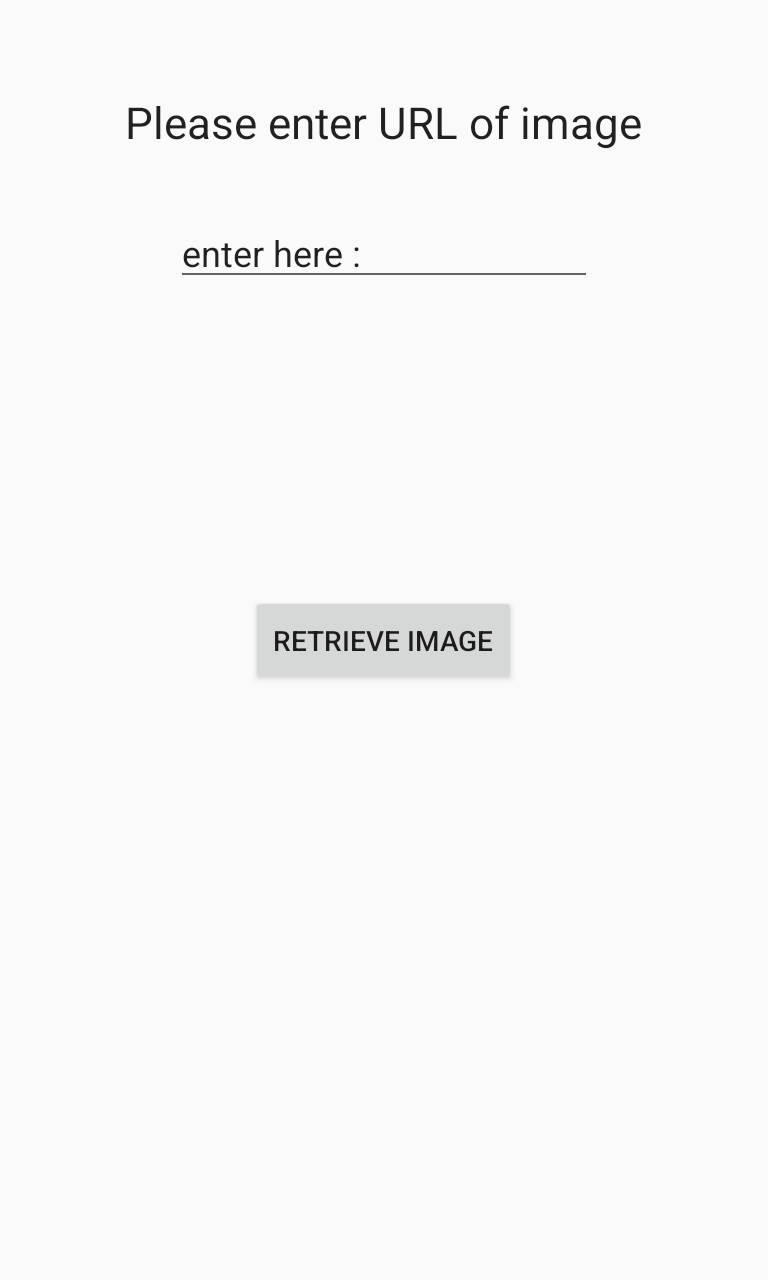
Repository: kavo555/Android-Development-for-College
Layout: ImageRetrieval/res/layout/activity_main.xml
These files come from the project's save history. The layout is drawn as it stood at one moment and after the next save; the edit follows.
It is drawn on a 768 x 1280 px phone screen (xhdpi) without system bars, with theme AppTheme; the app's code is not run.

Above is the layout before, as saved 2014-11-02 23:06:46.

### ImageRetrieval/res/layout/activity_main.xml
<RelativeLayout xmlns:android="http://schemas.android.com/apk/res/android"
    xmlns:tools="http://schemas.android.com/tools"
    android:layout_width="match_parent"
    android:layout_height="match_parent"
    android:paddingBottom="@dimen/activity_vertical_margin"
    android:paddingLeft="@dimen/activity_horizontal_margin"
    android:paddingRight="@dimen/activity_horizontal_margin"
    android:paddingTop="@dimen/activity_vertical_margin"
    tools:context="com.example.imageretrieval.MainActivity" >

    <EditText
        android:id="@+id/editText1"
        android:layout_width="wrap_content"
        android:layout_height="wrap_content"
        android:layout_alignParentTop="true"
        android:layout_centerHorizontal="true"
        android:layout_marginTop="88dp"
        android:ems="10"
        android:inputType="textMultiLine"
        android:text="enter here :" />

    <TextView
        android:id="@+id/textView1"
        android:layout_width="wrap_content"
        android:layout_height="wrap_content"
        android:layout_alignParentTop="true"
        android:layout_centerHorizontal="true"
        android:layout_marginTop="30dp"
        android:text="Please enter URL of image"
        android:textAppearance="?android:attr/textAppearanceLarge" />

    <Button
        android:id="@+id/button1"
        android:layout_width="wrap_content"
        android:layout_height="wrap_content"
        android:layout_centerHorizontal="true"
        android:layout_centerVertical="true"
        android:text="Retrieve Image" />

</RelativeLayout>

Loaded but not shown: ImageRetrieval/res/values/styles.xml (common file); ImageRetrieval/res/values-v11/styles.xml (common file); ImageRetrieval/res/values-v14/styles.xml (common file); ImageRetrieval/res/values/dimens.xml (common file); ImageRetrieval/res/values-w820dp/dimens.xml (common file)

After the next save:
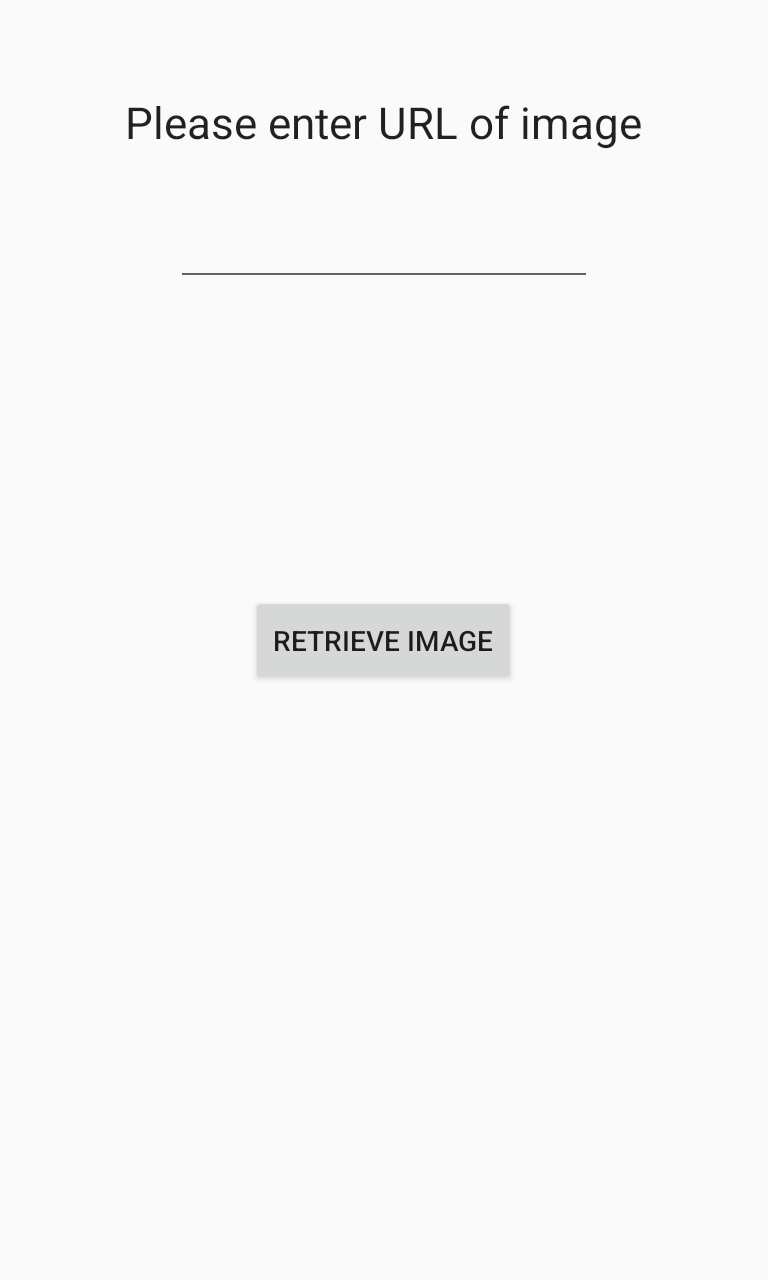
Saved 102 s later.
--- a/ImageRetrieval/res/layout/activity_main.xml
+++ b/ImageRetrieval/res/layout/activity_main.xml
@@ -16,8 +16,7 @@
         android:layout_centerHorizontal="true"
         android:layout_marginTop="88dp"
         android:ems="10"
-        android:inputType="textMultiLine"
-        android:text="enter here :" />
+        android:inputType="textMultiLine" />
 
     <TextView
         android:id="@+id/textView1"
